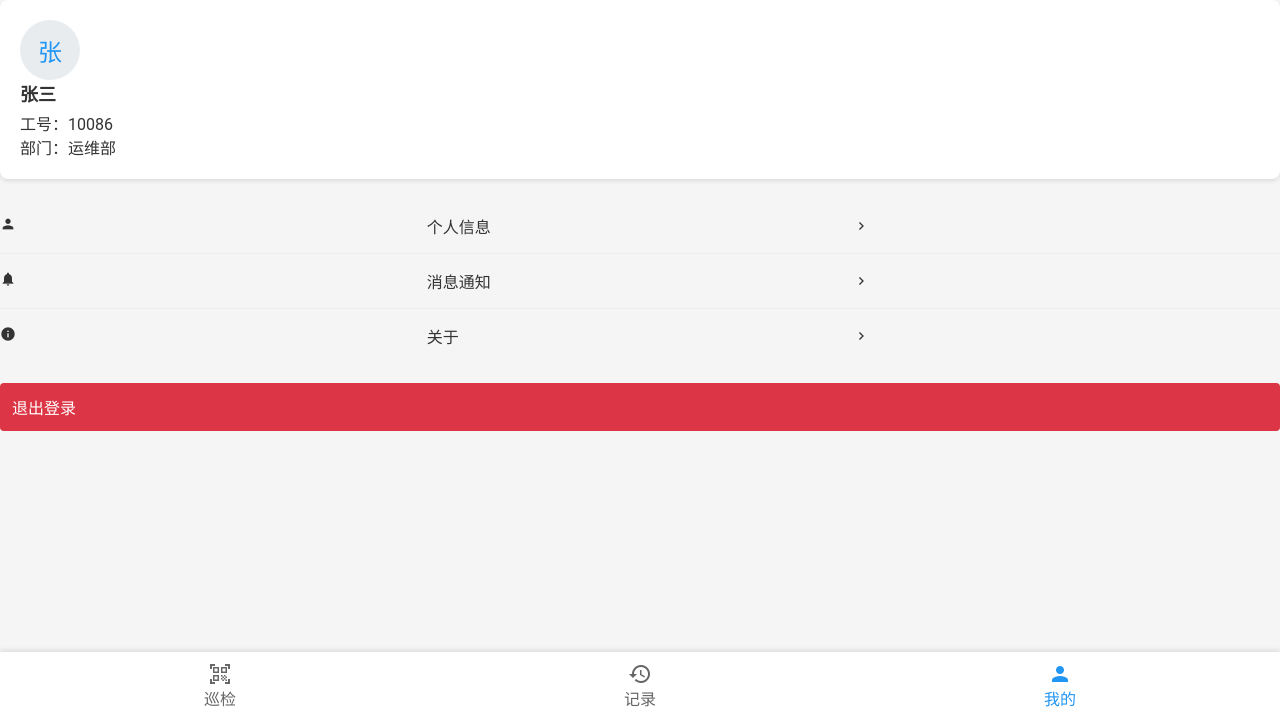
Repository: andyzheung/check-app
Page: UI原型/profile.html
These files come from the project's save history. The page is drawn as it stood at one moment and after the next save; the edit follows.
The browser window is 1280 px wide. The pictures show the whole page.

Above is the page before, as saved 2025-05-11 17:13:16.

After the next save:
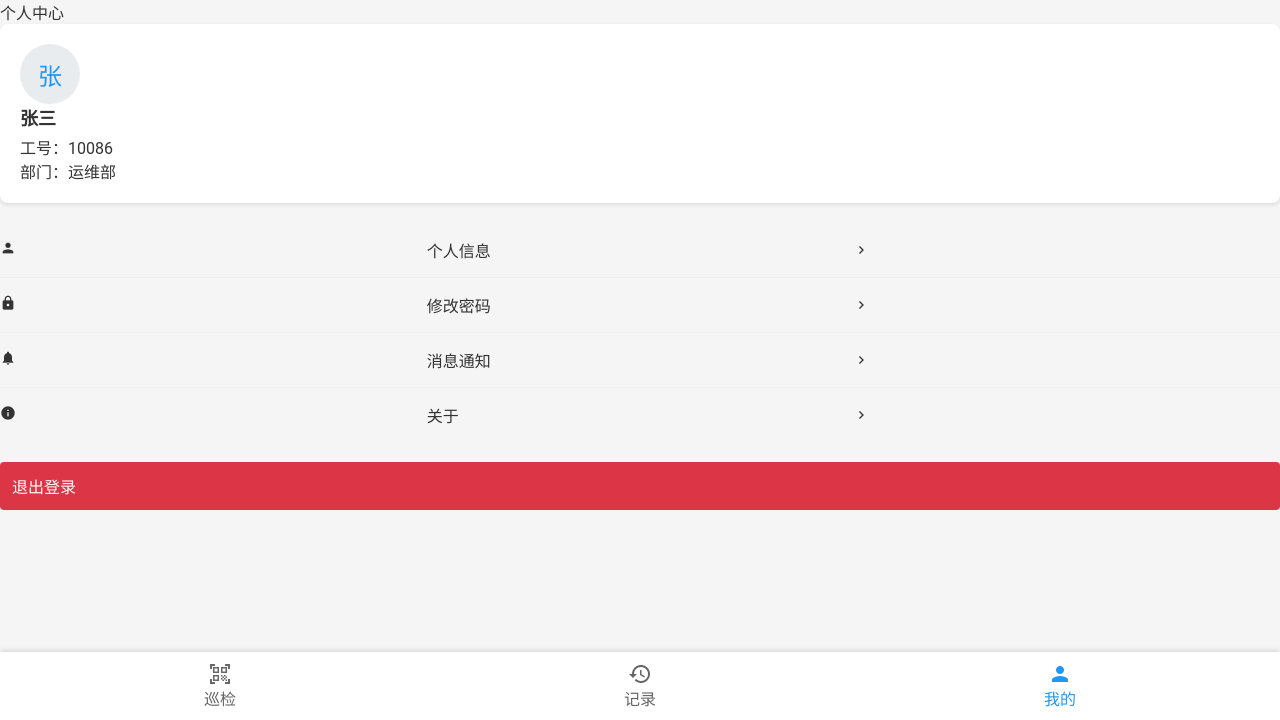
Saved 4 min 32 s later.
--- a/UI原型/profile.html
+++ b/UI原型/profile.html
@@ -10,6 +10,7 @@
 </head>
 <body>
     <div class="profile-container">
+        <div class="profile-topbar">个人中心</div>
         <div class="profile-card">
             <div class="profile-avatar">张</div>
             <div class="profile-info-block">
@@ -18,29 +19,32 @@
                 <div class="profile-meta">部门：运维部</div>
             </div>
         </div>
-
         <div class="menu-list">
             <div class="menu-item">
                 <span class="menu-icon" style="color:#4b3fae;"><span class="material-icons">person</span></span>
-                <span>个人信息</span>
+                <span class="menu-label">个人信息</span>
+                <span class="material-icons">chevron_right</span>
+            </div>
+            <div class="menu-item">
+                <span class="menu-icon" style="color:#ffb300;"><span class="material-icons">lock</span></span>
+                <span class="menu-label">修改密码</span>
                 <span class="material-icons">chevron_right</span>
             </div>
             <div class="menu-item">
                 <span class="menu-icon" style="color:#ffb300;"><span class="material-icons">notifications</span></span>
-                <span>消息通知</span>
+                <span class="menu-label">消息通知</span>
                 <span class="material-icons">chevron_right</span>
             </div>
             <div class="menu-item">
                 <span class="menu-icon" style="color:#039be5;"><span class="material-icons">info</span></span>
-                <span>关于</span>
+                <span class="menu-label">关于</span>
                 <span class="material-icons">chevron_right</span>
             </div>
         </div>
-
         <div class="logout-button highlight" onclick="window.location.href='login.html'">
             退出登录
         </div>
-
+        <div style="height:32px;"></div>
         <!-- 底部导航 -->
         <div class="bottom-nav">
             <a href="scan.html" class="nav-item">
